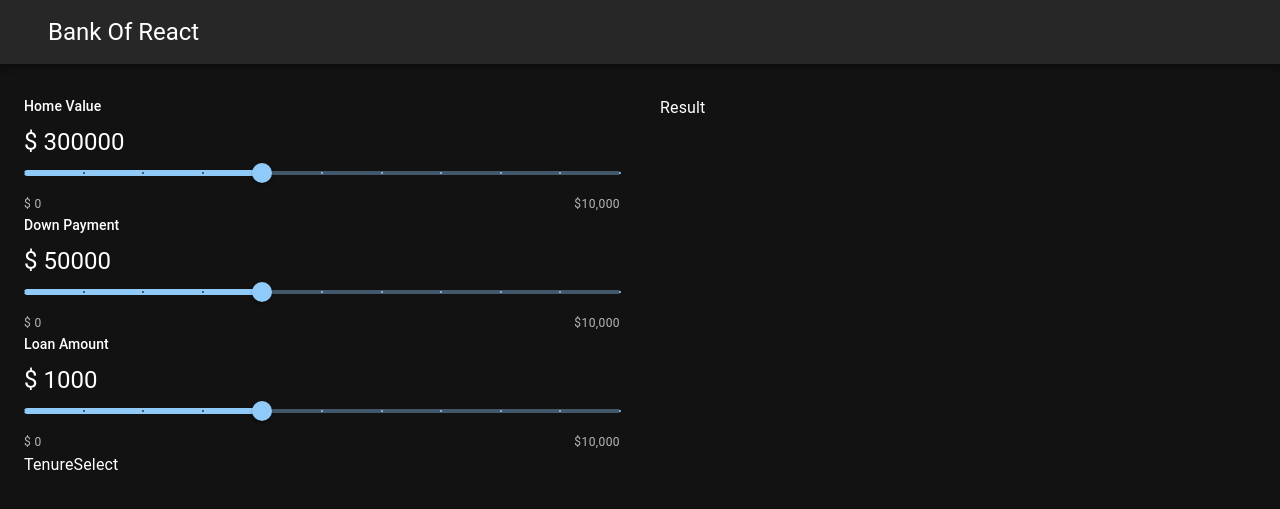
Repository: MikeeBuilds/mortgage-calculator
Page: /
These files come from the project's save history. The page is drawn as it stood at one moment and after a run of saves; the edit follows.
The browser window is 1280 px wide. The pictures show the whole page.
The project was rebuilt for these pictures with package versions that can differ from the ones it lists, and the page was loaded fresh each time.

Above is the page before, as saved 2023-04-03 21:46:07.

### src/index.js
import React from 'react';
import ReactDOM from 'react-dom/client';
import  CssBaseline  from '@mui/material/CssBaseline';
import { ThemeProvider, createTheme } from '@mui/material/styles';
import App from './App';
import reportWebVitals from './reportWebVitals';
import { theme } from './theme';

const root = ReactDOM.createRoot(document.getElementById('root'));
root.render(
  <React.StrictMode>
    <ThemeProvider theme={theme}>
      <CssBaseline />
    <App />
    </ThemeProvider>
  </React.StrictMode>
);

// If you want to start measuring performance in your app, pass a function
// to log results (for example: reportWebVitals(console.log))
// or send to an analytics endpoint. Learn more: https://bit.ly/CRA-vitals
reportWebVitals();

### src/App.js
import { Container, Grid } from "@mui/material";
import Navbar from "./components/Navbar";
import Result from "./components/Result";
import SliderSelect from "./components/SliderSelect";
import TenureSelect from "./components/TenureSelect";


function App() {
  return (
    <div className="App">
      <Navbar />
      <Container maxWidth="xl" sx={{ marginTop: 4 }}>
        <Grid container spacing={5}>

          <Grid item xs={12} md={6}>
            <SliderSelect />
            <TenureSelect />
          </Grid>
          <Grid item xs={12} md={6}>
            <Result />

          </Grid>

        </Grid>
      </Container>
    </div>
  );
}

export default App;

### src/theme.js
import {  createTheme } from "@mui/material/styles";

export const theme = createTheme({
    palette: {
        mode: "dark",
    },
    typography: {
        h1: {

        },
    },
});

### src/components/Navbar.js
import React from 'react'
import AppBar from '@mui/material/AppBar'
import ToolBar from '@mui/material/Toolbar'
import Typography from '@mui/material/Typography'
import Container from '@mui/material/Container'

const Navbar = () => {
  return (
    <AppBar position="static">
      <Container maxWidth='xl'>
        <ToolBar>
            <Typography variant="h5" component="div" sx={{ flexGrow: 1 }}>
                Bank Of React
            </Typography>
        </ToolBar>
      </Container>
    </AppBar>
  )
}

export default Navbar

### src/components/SliderSelect.js
import React, { Fragment } from 'react'
import SliderComponent from './common/SliderComponent'

const SliderSelect = () => {
  return (
    <>
        <SliderComponent
            label='Home Value'
            min={0}
            max={50}
            defaultValue={20}
            step={5 }
            onChange={(e, value) => console.log(value)}
            unit='$'
            amount={300000}
        />
          <SliderComponent
            label='Down Payment'
            min={0}
            max={50}
            defaultValue={20}
            step={5 }
            onChange={(e, value) => console.log(value)}
            unit={'$'}
            amount={50000}
        />
          <SliderComponent
            label='Loan Amount'
            min={0}
            max={50}
            defaultValue={20}
            step={5 }
            onChange={(e, value) => console.log(value)}
            unit={'$'}
            amount={1000}
        />

    </>


  )
}

export default SliderSelect

### src/components/TenureSelect.js
import React from 'react'

const TenureSelect = () => {
  return (
    <div>TenureSelect</div>
  )
}

export default TenureSelect

### src/components/common/SliderComponent.js
import React from 'react'
import Slider from '@mui/material/Slider'
import { Stack, Typography } from '@mui/material'

const SliderComponent = ({ defaultValue, min, max, step, onChange, value, label, unit, amount }) => {
  return (
  <>
    <Stack gap={1}>
      <Typography variant='subtitle2'>{label}</Typography>
      <Typography variant='h5'>{unit} {amount}</Typography>
    </Stack>

    <Slider
      defaultValue={defaultValue}
      min={min} max={max}
      aria-label='Default'
      valueLabelDisplay='auto'
      marks
      step={step}
      onChange={onChange}
      value={value}
      />
      <Stack direction='row' justifyContent='space-between'>
    <Typography variant='caption' color='text.secondary'>{unit} {min}</Typography>
    <Typography variant='caption' color='text.secondary'>$10,000</Typography>
      </Stack>

  </>
  )
}

export default SliderComponent

Loaded but not shown: public/index.html (common file); src/reportWebVitals.js (common file); src/components/Result.js (common file)

After the next 7 saves:
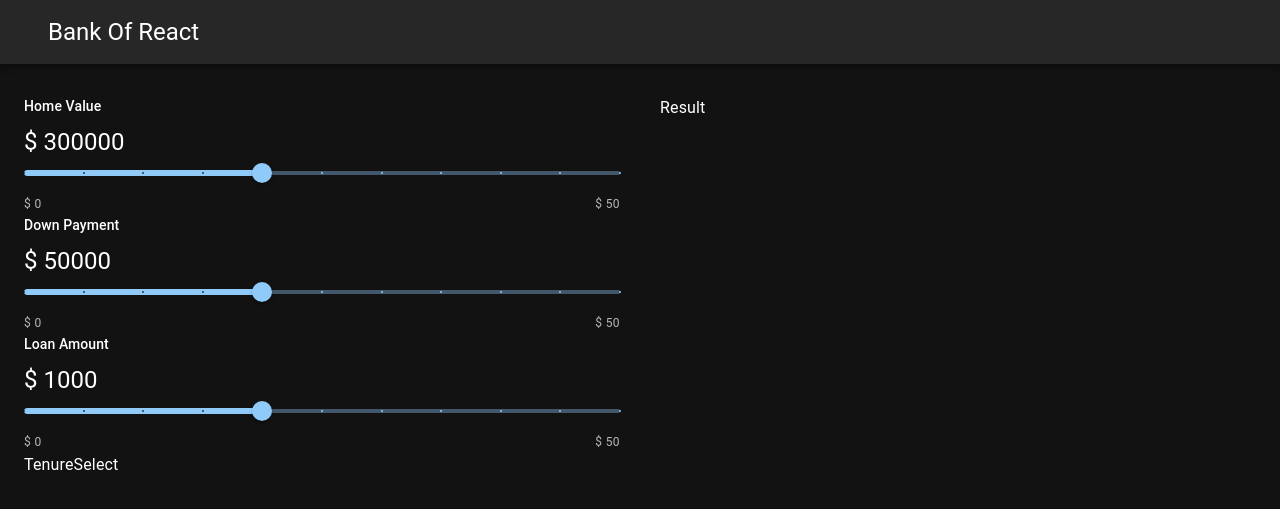
The 7 saves are shown as one change because they came seconds apart.
The last was saved 20 s later.
--- a/src/components/common/SliderComponent.js
+++ b/src/components/common/SliderComponent.js
@@ -22,7 +22,7 @@ const SliderComponent = ({ defaultValue, min, max, step, onChange, value, label,
       />
       <Stack direction='row' justifyContent='space-between'>
     <Typography variant='caption' color='text.secondary'>{unit} {min}</Typography>
-    <Typography variant='caption' color='text.secondary'>$10,000</Typography>
+    <Typography variant='caption' color='text.secondary'>{unit} {max}</Typography>
       </Stack>
 
   </>
